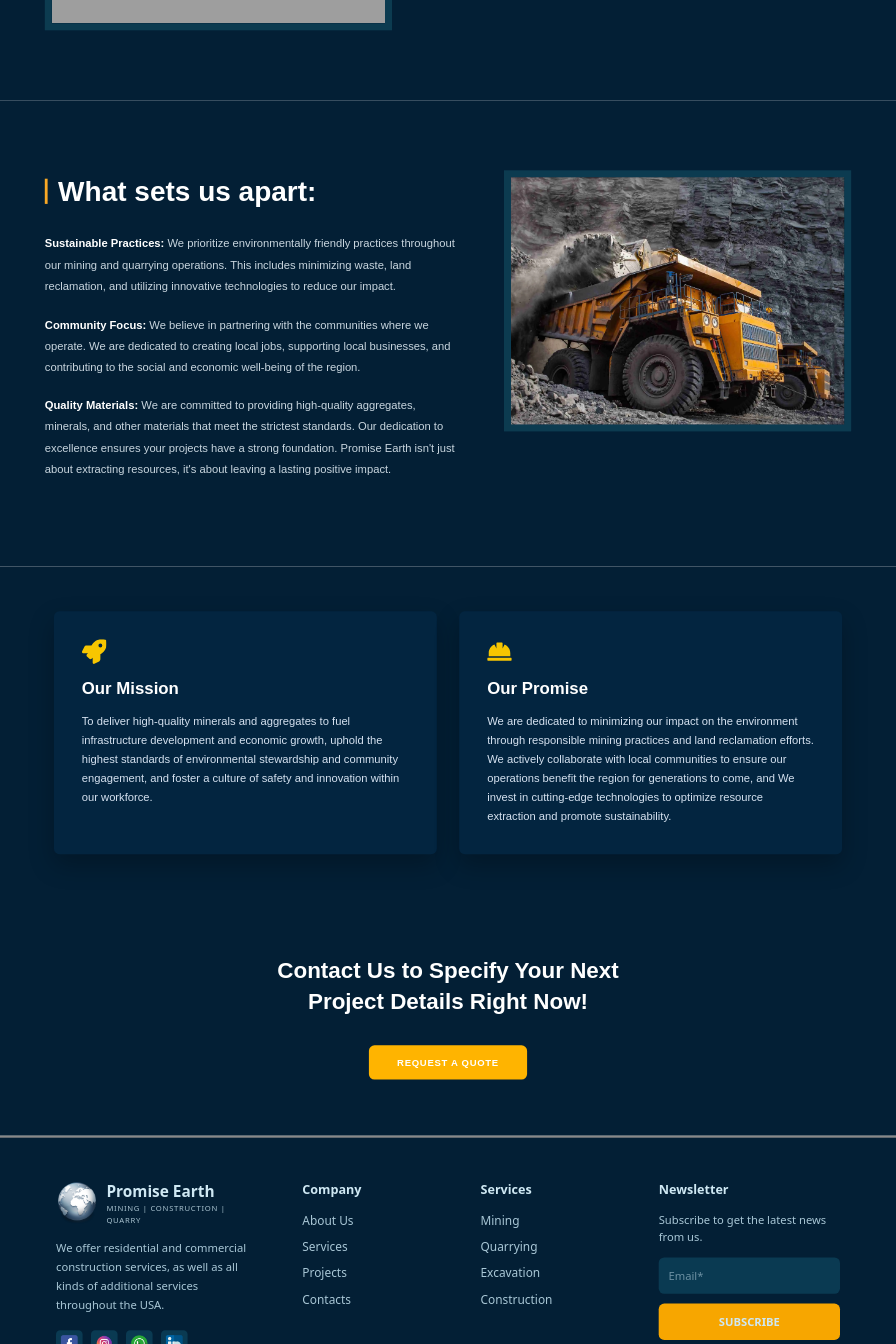
Repository: KC-Minchakpu/promise-earth
Page: /AboutUs
An editor plug-in stored every save of this project. The page is shown before and after the next save, followed by the edit.
The browser window is 1280 px wide. The pictures show the part of the page from y = 1365 to 3285 px (the page is 3412 px tall before and 3400 px after), at 70% of full size.
Pictures or frames that could not be fetched are drawn as grey boxes. The project was rebuilt for these pictures with package versions that can differ from the ones it lists, and the page was loaded fresh each time. The framework's server and built-in components were replaced by stand-ins that run in the browser. Also part of the build but not shown: next.config.ts.

Above is the page before, as saved 2026-02-27 12:57:35.

After the next save:
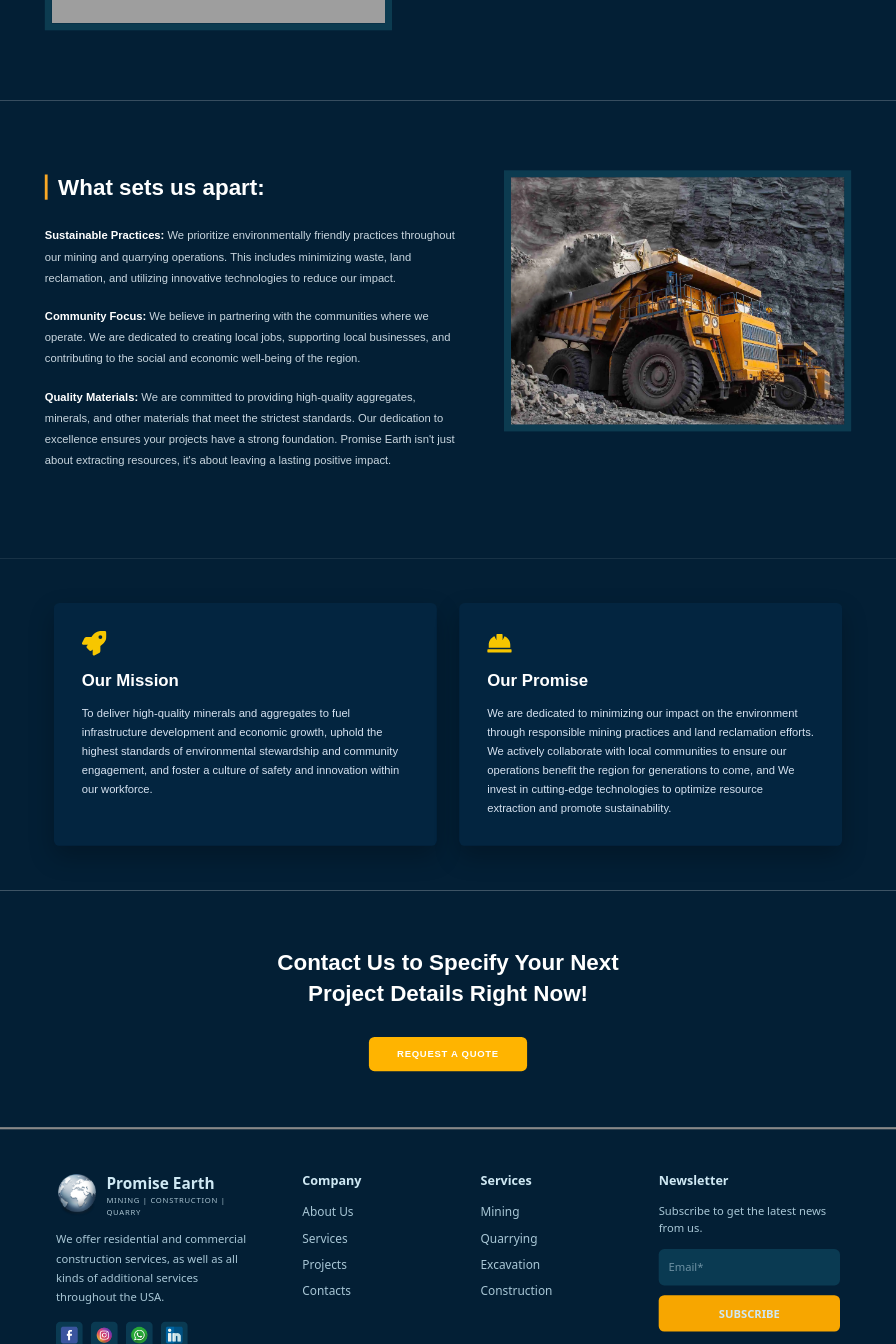
Saved 45 s later.
--- a/src/components/About/WhatSetsUsApart.module.css
+++ b/src/components/About/WhatSetsUsApart.module.css
@@ -23,7 +23,7 @@
 .heading {
   display: flex;
   align-items: center;
-  font-size: 2.5rem;
+  font-size: 2rem;
   font-weight: 700;
   margin-bottom: 30px;
 }
